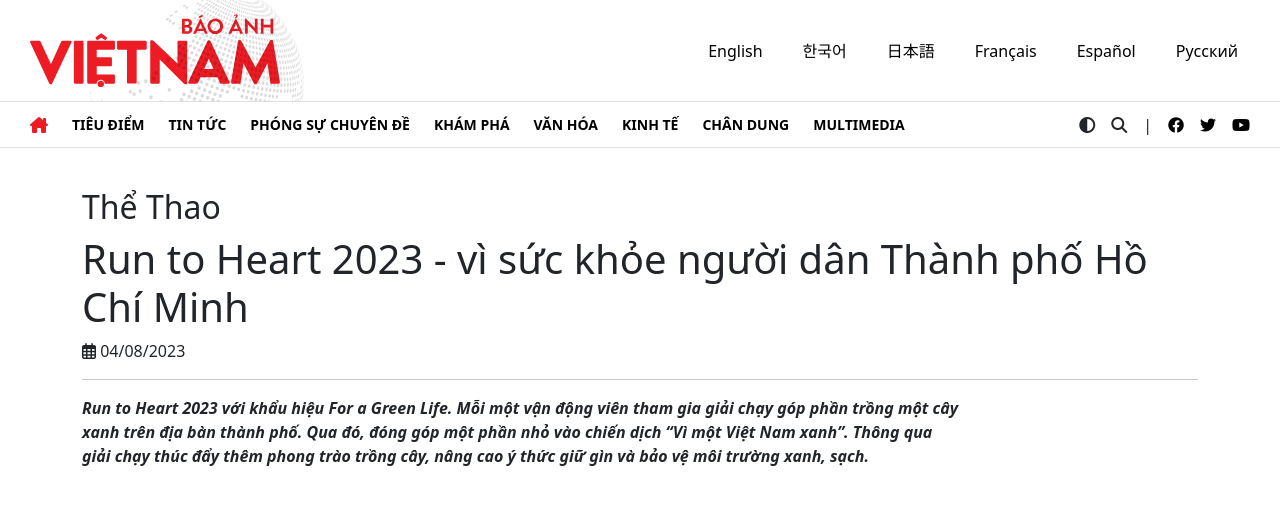
Repository: kietdotshp/webtintuc
Page: Detail.html
An editor plug-in stored every save of this project. The page is shown before and after the next save, followed by the edit.
The browser window is 1280 px wide. The pictures show the whole page.
Some web libraries are served in a nearby version.

Above is the page before, as saved 2023-08-10 16:11:46.

### Detail.html
<!DOCTYPE html>
<html lang="en">

<head>
    <title></title>
    <meta charset="UTF-8">
    <meta name="viewport" content="width=device-width, initial-scale=1">
    <link href="assets/css/detail.css" rel="stylesheet">
    <link href="https://cdn.jsdelivr.net/npm/bootstrap@5.3.1/dist/css/bootstrap.min.css" rel="stylesheet"
        integrity="sha384-4bw+/aepP/YC94hEpVNVgiZdgIC5+VKNBQNGCHeKRQN+PtmoHDEXuppvnDJzQIu9" crossorigin="anonymous">
    <link href="https://cdn.jsdelivr.net/npm/bootstrap@5.3.1/dist/css/bootstrap.min.css" rel="stylesheet"
        integrity="sha384-4bw+/aepP/YC94hEpVNVgiZdgIC5+VKNBQNGCHeKRQN+PtmoHDEXuppvnDJzQIu9" crossorigin="anonymous" />
    <script src="https://cdn.jsdelivr.net/npm/bootstrap@5.3.1/dist/js/bootstrap.bundle.min.js"></script>
    <script src="https://kit.fontawesome.com/a076d05399.js"></script>
    <link rel="stylesheet" href="https://cdnjs.cloudflare.com/ajax/libs/font-awesome/6.4.2/css/all.min.css"
        integrity="sha512-z3gLpd7yknf1YoNbCzqRKc4qyor8gaKU1qmn+CShxbuBusANI9QpRohGBreCFkKxLhei6S9CQXFEbbKuqLg0DA=="
        crossorigin="anonymous" referrerpolicy="no-referrer" />

        <link rel="stylesheet"href="https://cdnjs.cloudflare.com/ajax/libs/font-awesome/4.7.0/css/font-awesome.min.css"/>
</head>

<header>
    <div class="container-custom">
        <section class="d-flex align-items-center justify-content-between">
            <!-- Web logo -->
            <figure class="web-logo">
                <img src="./assets/images/logo-vi.svg" alt="Logo" class="img-contain" />
            </figure>

            <div class="d-none d-lg-flex align-items-center gap-3">
                <a href="javascript:void(0)" class="choose-lang">English</a>
                <a href="javascript:void(0)" class="choose-lang">한국어</a>
                <a href="javascript:void(0)" class="choose-lang">日本語</a>
                <a href="javascript:void(0)" class="choose-lang">Français</a>
                <a href="javascript:void(0)" class="choose-lang">Español</a>
                <a href="javascript:void(0)" class="choose-lang">Русский</a>
            </div>

            <a class="mobile-menu d-lg-none" href="javascript:void(0)">
                <i class="fa-solid fa-bars-staggered fs-2"></i>
            </a>
        </section>
    </div>

    <div class="line-seperate-horizontal"></div>

    <div class="container-custom">
        <section class="d-flex align-items-center justify-content-between py-3 py-lg-0">
            <div class="d-flex align-items-center gap-4 gap-xxl-5">
                <a href="javascript:void(0)">
                    <i class="fa-solid fa-house-chimney color-primary"></i>
                </a>

                <div class="d-none d-lg-flex align-items-center gap-4 gap-xxl-5">
                    <a href="javascript:void(0)" class="menu-item">Tiêu điểm</a>
                    <a href="javascript:void(0)" class="menu-item">Tin tức</a>
                    <a href="javascript:void(0)" class="menu-item">Phóng sự chuyên đề</a>
                    <a href="javascript:void(0)" class="menu-item">Khám phá</a>
                    <a href="javascript:void(0)" class="menu-item">Văn hóa</a>
                    <a href="javascript:void(0)" class="menu-item">Kinh tế</a>
                    <a href="javascript:void(0)" class="menu-item">Chân dung</a>
                    <a href="javascript:void(0)" class="menu-item">Multimedia</a>
                </div>
            </div>

            <div class="d-flex align-items-center gap-3">
                <div class="d-flex align-items-center gap-3">
                    <div class="cursor-pointer">
                        <i class="fa-solid fa-circle-half-stroke"></i>
                    </div>
                    <div class="cursor-pointer">
                        <i class="fa-solid fa-magnifying-glass"></i>
                    </div>
                </div>

                <div class="d-lg-none d-xl-block">|</div>

                <div class="d-lg-none d-xl-flex align-items-center gap-3">
                    <a href="javascript:void(0)">
                        <i class="fa-brands fa-facebook-f"></i>
                    </a>
                    <a href="javascript:void(0)">
                        <i class="fa-brands fa-twitter"></i>
                    </a>
                    <a href="javascript:void(0)">
                        <i class="fa-brands fa-youtube"></i>
                    </a>
                </div>
            </div>
        </section>
    </div>
</header>
<div class="line-seperate-horizontal"></div>

<body>
    <div class="container">
        <div class="detailmenu">
            <h2><link href="#" target="kiểu mở liên kết">Thể Thao</link> </h2>
            <h1>Run to Heart 2023 - vì sức khỏe người dân Thành phố Hồ Chí Minh</h1>
            <div class="timeline">
                <time>
                    <i class="fa-regular fa-calendar"></i>
                    04/08/2023
                </time>
            </div>
            <hr />
        </div>
        <div>
            <div class="title">Run to Heart 2023 với khẩu hiệu For a Green Life.
            Mỗi một vận động viên tham gia giải chạy góp phần trồng một cây<br> xanh trên địa bàn thành phố.
             Qua đó, đóng góp một phần nhỏ vào chiến dịch  “Vì một Việt Nam xanh”. Thông qua <br>giải chạy thúc đẩy thêm phong trào trồng cây, nâng cao ý thức giữ gìn và bảo vệ môi trường xanh, sạch.
            </div>
        </div>
    </div>
</body>

</html>

### assets/css/detail.css
:root {
    --main-color: #333;
    --main-red-color: #ed1c24;
    --main-white-color: #fff;
    --main-blue-color-1: #b8dcf3;
    --main-blue-color-2: #467491;
    --main-grey-color-1: #666;
    --main-grey-color-2: #888;
    --main-grey-color-3: #f0f0f0;
    --main-border-color: #e0e0e0;
  }

  /* Common */
  .body {
    display: flex;
    flex-direction: column;
    min-height: 100vh;
    font-size: 16px;
    color: var(--main-color);
    font-family: 'Roboto-Regular', sans-serif;
  }

  .img-cover {
    width: 100%;
    height: 100%;
    object-fit: cover;
  }

  .img-contain {
    width: 100%;
    height: 100%;
    object-fit: contain;
  }

  img {
    max-width: 100%;
    max-height: 100%;
  }

  a {
    text-decoration: none !important;
    color: initial !important;
  }

  .color-primary {
    color: var(--main-red-color);
  }

  .cursor-pointer {
    cursor: pointer;
  }

  .container-custom {
    max-width: 1400px;
    padding-inline: 15px;
    margin: 0 auto;

    @media (min-width: 768px) {
      padding-inline: 30px;
    }
  }

  .text-line-clamp-2 {
    display: -webkit-box;
    -webkit-line-clamp: 2;
    -webkit-box-orient: vertical;
    overflow: hidden;
  }

  .text-line-clamp-3 {
    display: -webkit-box;
    -webkit-line-clamp: 3;
    -webkit-box-orient: vertical;
    overflow: hidden;
  }

  .image-padding-top {
    position: relative;
    padding-top: 56.25%;
  }

  /* Header css */
  .web-logo {
    position: relative;
    padding-block: 14px;
    margin-bottom: 0;
    width: 150px;

    @media (min-width: 992px) {
      width: 250px;
    }
  }

  .web-logo::after {
    content: '';
    background: url('../images/earth-digital.svg') no-repeat;
    width: 100%;
    height: 100%;
    opacity: 0.2;
    position: absolute;
    right: -60px;
    top: 0;
  }

  .choose-lang {
    border-radius: 9999px;
    padding: 6px 12px;
  }

  .choose-lang:hover {
    background-color: var(--main-border-color);
  }

  .line-seperate-horizontal {
    width: 100%;
    height: 1px;
    background-color: #e0e0e0;
  }

  .line-seperate-vertical {
    width: 1px;
    height: 100%;
    background-color: #e0e0e0;
    margin: 0 auto;
  }

  .menu-item {
    text-transform: uppercase;
    font-weight: 700;
    font-size: 14px;
    position: relative;
    padding-block: 12px;
    white-space: nowrap;
  }

  .menu-item::before {
    content: '';
    position: absolute;
    top: -1px;
    left: 50%;
    right: 50%;
    transform: translate(-50%, 0);
    width: 0;
    height: 2px;
    background: var(--main-red-color);
    transition: all 0.2s linear;
  }

  .menu-item:hover:before {
    width: 100%;
  }

  /* Carousel */
  .carousel-item {
    position: absolute !important;
    top: 0;
    left: 0;
    width: 100%;
    height: 100%;
  }

  .carousel-control-next,
  .carousel-control-prev {
    width: 10% !important;
  }

  .carousel-control-prev,
  .carousel-control-next {
    opacity: 0 !important;
  }

  .carousel:hover .carousel-control-prev,
  .carousel:hover .carousel-control-next {
    transition: all 0.3s linear;
    opacity: 1 !important;
  }

  /* Main */
  .content {
    border: 1px solid var(--main-border-color);
    padding: 20px;
  }

  .content-spacing {
    margin-block: 40px;
  }

  .content-title {
    display: inline-block;
    color: var(--main-red-color);
    line-height: 26px;
    font-size: 26px;
    font-weight: 600;
    margin-bottom: 20px;
  }

  .article-title {
    font-size: 22px;
    font-weight: 600;
  }

  .article-title.sub {
    font-size: 16px;
  }

  .article-category {
    text-transform: uppercase;
    font-size: 12px;
    color: var(--main-grey-color-2);
  }

  .content-ul-list {
    padding-left: 20px;
    margin-bottom: 0;
    max-height: 480px;
    overflow: auto;
  }

  .content-ul-list li::marker {
    color: var(--main-red-color);
  }

  /* Spacing */
  .mb-10px {
    margin-bottom: 10px;
  }

  .max-w-40px {
    max-width: 40px !important;
  }
  .h2{
    color: var(--main-red-color);
  }
  .detailmenu{
    margin-top: 40px;
  }
  .title{
    font-weight: 700;
    font-style:italic;
  }

After the next save:
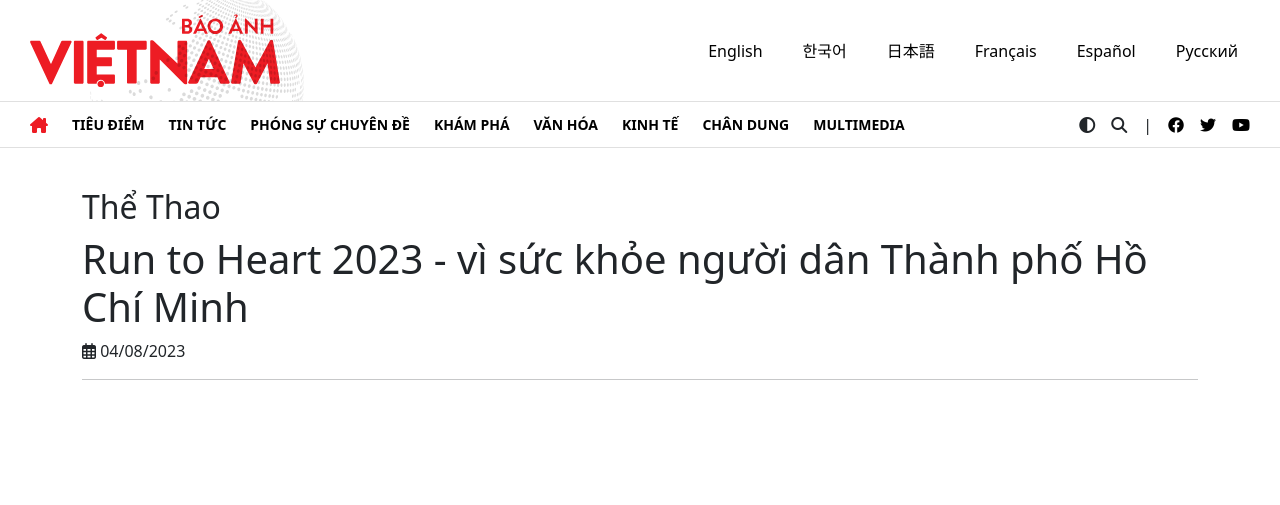
Saved 38 s later.
--- a/Detail.html
+++ b/Detail.html
@@ -106,10 +106,7 @@
             <hr />
         </div>
         <div>
-            <div class="title">Run to Heart 2023 với khẩu hiệu For a Green Life.
-            Mỗi một vận động viên tham gia giải chạy góp phần trồng một cây<br> xanh trên địa bàn thành phố.
-             Qua đó, đóng góp một phần nhỏ vào chiến dịch  “Vì một Việt Nam xanh”. Thông qua <br>giải chạy thúc đẩy thêm phong trào trồng cây, nâng cao ý thức giữ gìn và bảo vệ môi trường xanh, sạch.
-            </div>
+
         </div>
     </div>
 </body>
